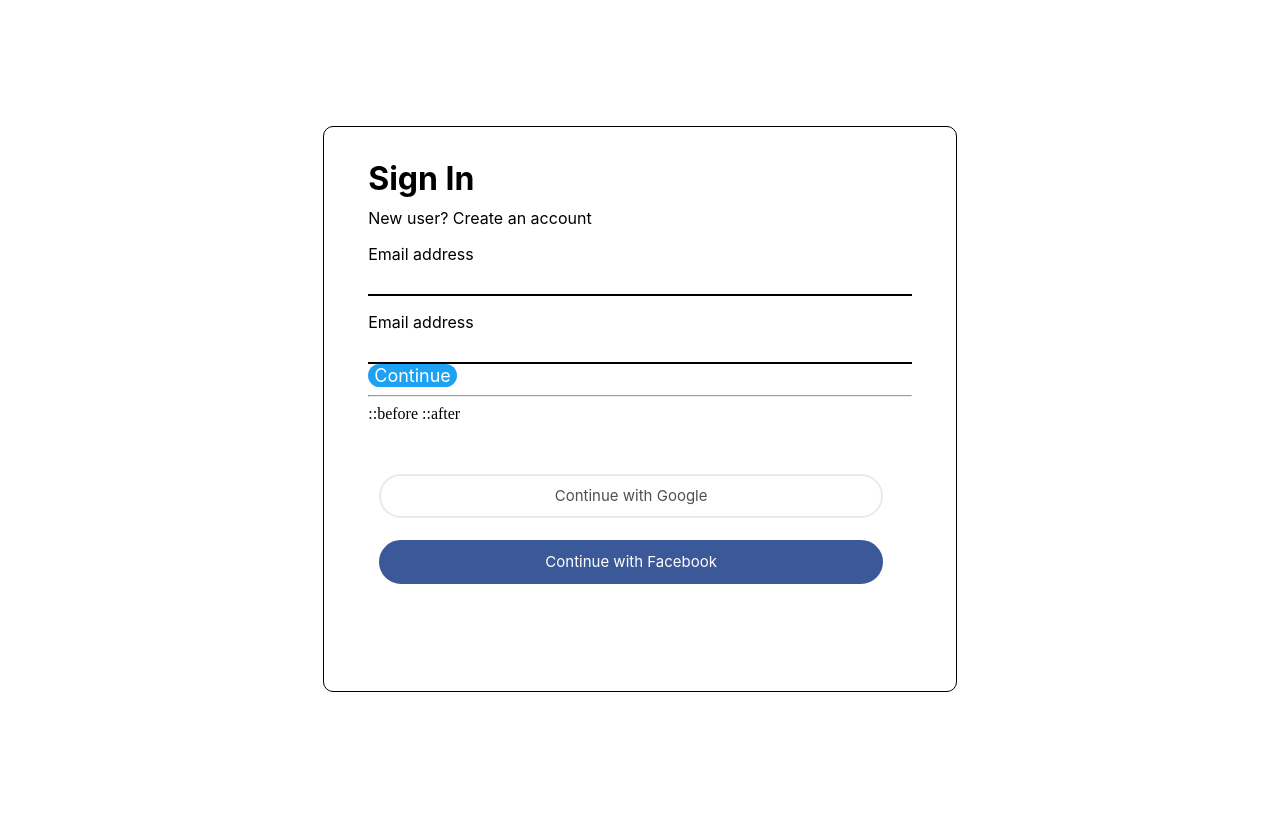
Repository: thangluu93/WereWolf
Page: Template/signIn.html
The author's editor kept a copy of each file at every save. The page is drawn from the files as they stood at one save, then again after the next save.
The browser window is 1280 px wide. The pictures show the whole page.

Above is the page before, as saved 2020-01-13 14:05:58.

### Template/signIn.html
<html>

<head>
    <title>Onion ID</title>
    <link rel="stylesheet" href="../Stylesheet/signInStyle.css">
</head>

<body id="body1">
    <div class="container" id="container1">
        <div class="containerBody" id="containerBody1">
            <div class="border" id="border1">
                <div class="content" id="content1">
                    <div class="contentHeader">
                        <h1 class="Heading">Sign In</h1>
                        <p class="subHead">New user? Create an account</p>
                    </div>
                    <div >
                        <div class="fieldContainer" >
                            <div >
                                <p style="margin-bottom: 0;"> Email address </p>
                                <input type="email" class="field">
                            </div>
                            <div >
                                <p style="margin-bottom: 0;"> Email address </p>
                                <input type="email" class="field">
                            </div>
                        </div>
                        <div class="emailContinue">
                            <button class="emailContinueBtn ">
                                <span>Continue</span>
                            </button>
                        </div>
                    </div>
                    <div class="contentFooter">
                        <hr data-content="or">
                        ::before
                        ::after
                        </hr>
                        <div class="socialSignIn" id="socialSignIn1">
                            <a href="" class="googleSignIn">
                                <!-- <svg viewBox="0 0 1152 1152" focusable="false" aria-hidden="true" role="img"
                                class="googleIconSvg">
                                <path
                                    d="M1055.994 594.42a559.973 559.973 0 0 0-8.86-99.684h-458.99V683.25h262.28c-11.298 60.918-45.633 112.532-97.248 147.089v122.279h157.501c92.152-84.842 145.317-209.78 145.317-358.198z"
                                    fill="#4285f4"></path>
                                <path
                                    d="M588.144 1070.688c131.583 0 241.9-43.64 322.533-118.07l-157.5-122.28c-43.64 29.241-99.463 46.52-165.033 46.52-126.931 0-234.368-85.728-272.691-200.919H152.636v126.267c80.19 159.273 245 268.482 435.508 268.482z"
                                    fill="#34a853"></path>
                                <path
                                    d="M315.453 675.94a288.113 288.113 0 0 1 0-185.191V364.482H152.636a487.96 487.96 0 0 0 0 437.724z"
                                    fill="#fbbc05"></path>
                                <path
                                    d="M588.144 289.83c71.551 0 135.792 24.589 186.298 72.88l139.78-139.779C829.821 144.291 719.504 96 588.143 96c-190.507 0-355.318 109.21-435.508 268.482L315.453 490.75c38.323-115.19 145.76-200.919 272.691-200.919z"
                                    fill="#ea4335"></path>
                            </svg> -->
                                <span>Continue with Google</span>
                            </a>
                            <a href="" class="facebookSignIn">
                                <!-- <svg viewBox="0 0 1152 1152" class="facebookIconSvg" aria-hidden="true" data-prefix="fab" data-icon="facebook-f"
                                role="img" xmlns="http://www.w3.org/2000/svg" viewBox="0 0 264 512" data-fa-i2svg="">
                                <path fill="currentColor"
                                    d="M76.7 512V283H0v-91h76.7v-71.7C76.7 42.4 124.3 0 193.8 0c33.3 0 61.9 2.5 70.2 3.6V85h-48.2c-37.8 0-45.1 18-45.1 44.3V192H256l-11.7 91h-73.6v229">
                                </path>
                            </svg> -->
                                <span>Continue with Facebook</span>

                            </a>

                        </div>
                    </div>
                </div>

            </div>
        </div>
    </div>
</body>

</html>

### Stylesheet/signInStyle.css
.containerBody{
    margin: 0;
    padding: 0;
    width: 100%;
}

#containerBody1{
  width: 100%;

}

#content1{

    display: flex;
    flex-direction: column;


}

.content{
    height: 90%;
    padding: 5% 7% 7% 7%;
}

.border{
    width: 50%;
    height: 80%;
}

#border1{
    border: 1px solid black;
    border-radius: 10px;   ;

    margin: 10% auto;
    justify-content: center;
    align-items: center;

}

.socialSignIn a{
    margin: 2%;
    width: 92%;
    height: 2.5rem;
    display: flex;
    align-items: center;
    justify-content: center;
    font-size: 15px;
}

.socialSignIn{
    margin-top: 2.5rem;
}

#socialSignIn1{
    display: flex;
    flex-direction: column;
}

.googleSignIn,.facebookSignIn,.twitterSignIn{
    border: 2px;
    border-style: solid;
    border-radius: 100px;
}

.subHead{
    margin: 10px 0 0 0;
}

.heading{
    margin: 0;
}

p {
    font-family: adobe-clean,"Source Sans Pro",-apple-system,BlinkMacSystemFont,"Segoe UI",Roboto,sans-serif;
}

h1{
    font-family: adobe-clean,"Source Sans Pro",-apple-system,BlinkMacSystemFont,"Segoe UI",Roboto,sans-serif;
    font-size: 32px;
}

span{
    font-family: adobe-clean,"Source Sans Pro",-apple-system,BlinkMacSystemFont,"Segoe UI",Roboto,sans-serif;
}

a{
    text-decoration: none;
}

.field{
    width: 100%;
    height: 2rem;
    margin:0;
    border-color: black;
    border-top: 0;
    border-left: 0;
    border-right: 0;
    border-bottom: 2px;
    border-style: solid;
    font-size: 16px;
    outline: none;
}

.emailContinueBtn{
    border-radius: 100px;
    font-size: 18px;
    height: fit-content;
    width: fit-content;
    box-shadow: none;
    background-color: #1da1f2;
    color: white;
    border: none;
    outline: none;
}

.googleSignIn{
    border-color: #eaeaea;
    color: #505050;
}

.facebookSignIn{
    border-color:#3b5998;
    background-color: #3b5998;
    color: white;
}

.twitterSignIn{
    color: white;
    border-color: #1da1f2;
    background-color: #1da1f2;
}

After the next save:
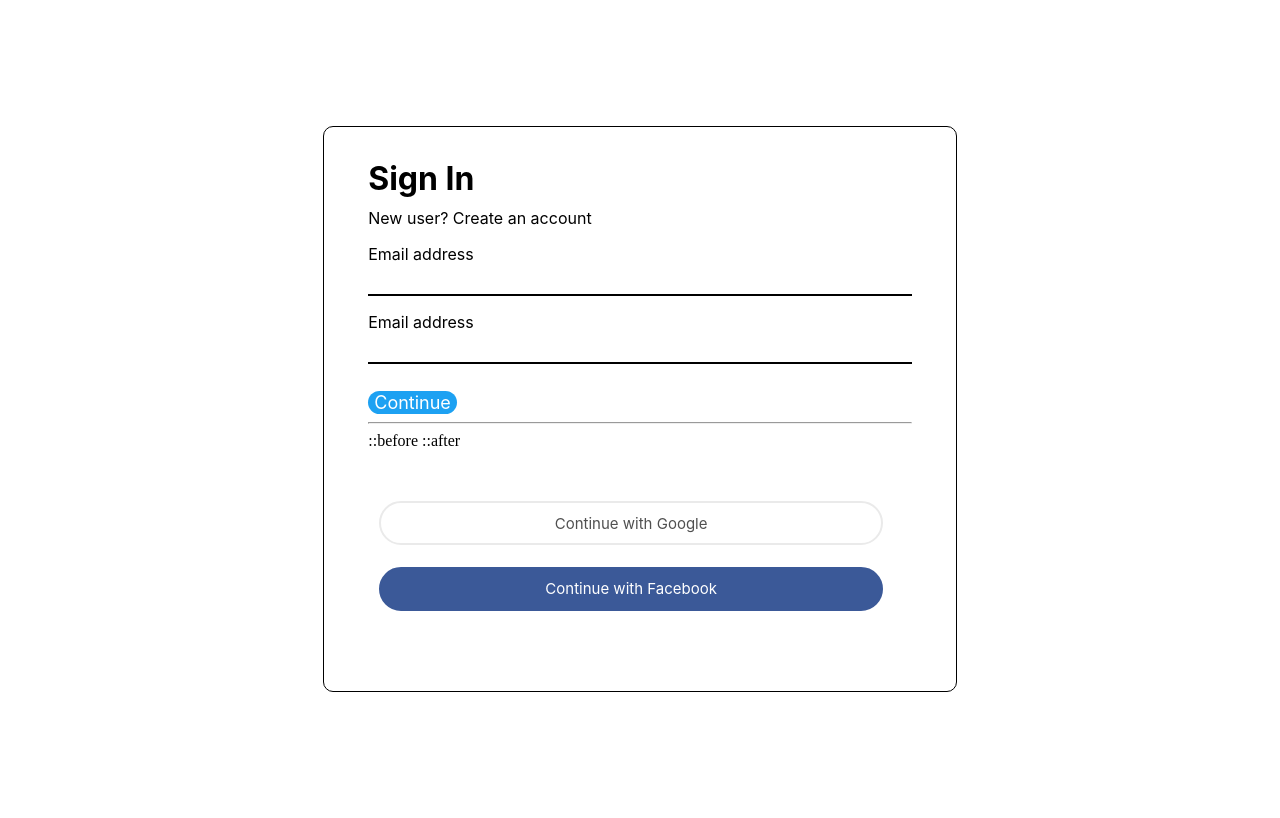
Saved 41 s later.
--- a/Stylesheet/signInStyle.css
+++ b/Stylesheet/signInStyle.css
@@ -101,6 +101,10 @@ a{
     outline: none;
 }
 
+.fieldContainer{
+    margin: 2% 0 5% 0;
+}
+
 .emailContinueBtn{
     border-radius: 100px;
     font-size: 18px;
